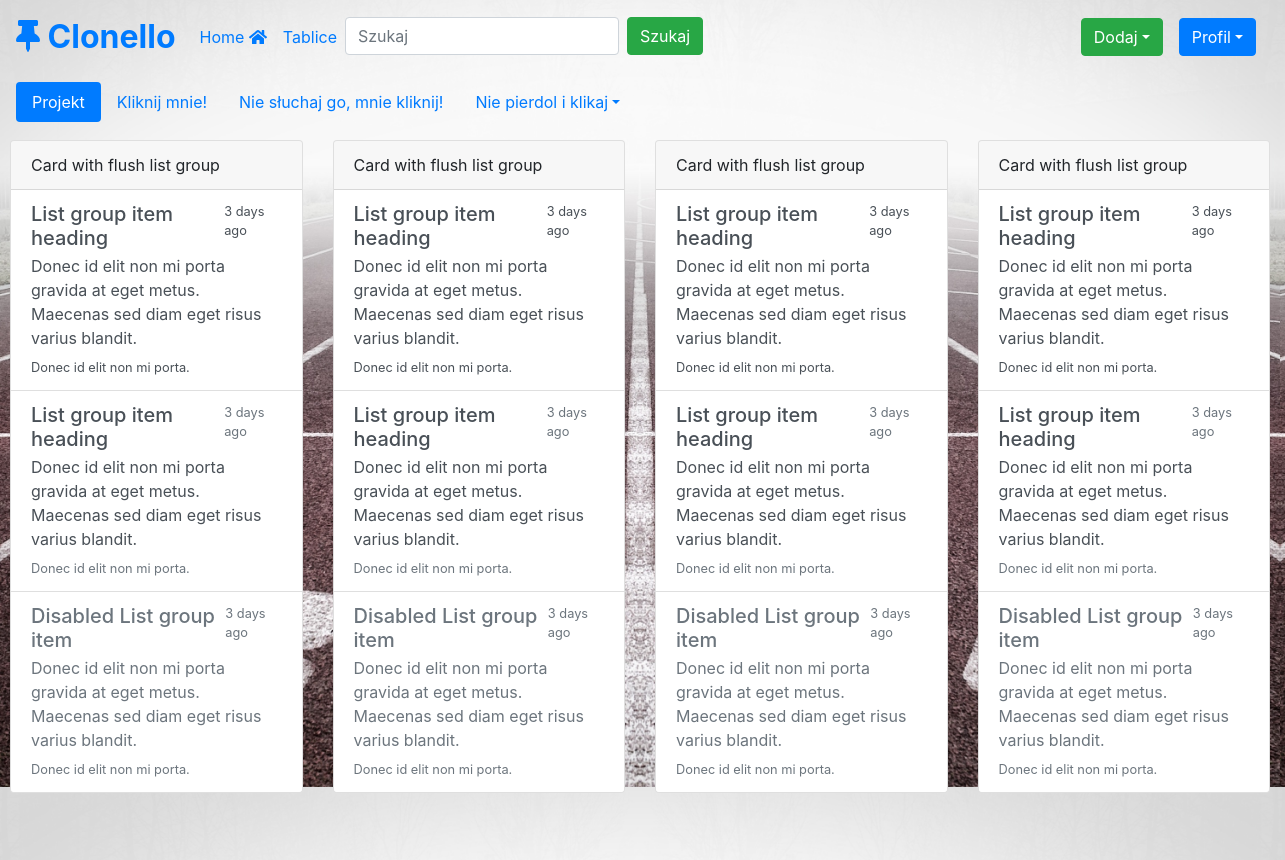
Repository: jnehlt/PAW-lab
Page: / (app in Frontend/clonello/)
An editor plug-in stored every save of this project. The page is shown before and after a run of saves, followed by the edit.
The browser window is 1280 px wide. The page is 1285 px wide, so the pictures cover 1285 px, including what lies to the right of the window. The pictures show the whole page.
The project was rebuilt for these pictures with package versions that can differ from the ones it lists, and the page was loaded fresh each time.

Above is the page before, as saved 2020-04-24 23:46:04.

### Frontend/clonello/src/main.js
import "@babel/polyfill";
import "mutationobserver-shim";
import Vue from "vue";
import "./plugins/bootstrap-vue";
import App from "./App.vue";
import router from "./router";
import "@fortawesome/fontawesome-free/css/all.css";
import "@fortawesome/fontawesome-free/js/all.js";

Vue.config.productionTip = false;

new Vue({
  router,
  render: h => h(App)
}).$mount("#app");

### Frontend/clonello/src/App.vue
<template>
  <div id="app">
    <topheader></topheader>
    <projectheader></projectheader>

    <div class="row">
        <maincard></maincard>
        <maincard></maincard>
        <maincard></maincard>
        <maincard></maincard>
        <maincard></maincard>
        <maincard></maincard>
        <maincard></maincard>
        <maincard></maincard>
    </div>
    <router-view />
  </div>
</template>

<script>
import TopHeader from "@/components/TopHeader.vue";
import ProjectHeader from "@/components/ProjectHeader.vue";
import MainCard from "@/components/MainCard.vue";

export default {
  components: {
    "topheader": TopHeader,
    "projectheader": ProjectHeader,
    "maincard": MainCard
  }
};
</script>

<style lang="scss">

body {
    background-image: url("../src/assets/running-track-sn-3000x2001.jpg");
    background-size: cover;
    background-position: center;
}

.dropdown-header {
    font-size: larger;
    font-weight: bolder;
}

html, body {
    height: 100%;
}

.list-head {
    font-weight: bolder;
    text-transform: uppercase;
}

.row {
  display: flex;
  flex-wrap: nowrap;
  overflow-x: auto;
  margin-left: -5px;
  margin-right: -5px;
  margin-top: 10px;
  height: 100vh;
}

::-webkit-scrollbar {
  height: 4px;              /* height of horizontal scrollbar ← You're missing this */
  width: 4px;               /* width of vertical scrollbar */
  border: 1px solid #d5d5d5;
  margin-left: -5px;
  margin-right: -5px;
}


</style>

### Frontend/clonello/src/components/TopHeader.vue
<template>
  <div>
    <nav class="navbar navbar-expand-lg">
      <a class="navbar-brand" href="#"><i class="fas fa-thumbtack"></i> Clonello</a>
      <button class="navbar-toggler navbar-dark" type="button" data-toggle="collapse" data-target="#navbarNav" aria-controls="navbarNav" aria-expanded="false" aria-label="Toggle navigation">
          <span class="navbar-toggler-icon"></span>
      </button>
      <div class="collapse navbar-collapse" id="navbarNav">
        <ul class="navbar-nav mr-auto">
          <li class="nav-item">
            <a class="nav-link" href="#">Home <i class="fas fa-home"></i></a>
          </li>
          <li class="nav-item">
            <a class="nav-link" href="#">Tablice</a>
          </li>
          <li class="nav-item">
            <form class="form-inline my-2 my-lg-0">
              <input class="form-control mr-sm-2" type="search" placeholder="Szukaj" aria-label="Search">
              <button class="btn btn-success my-2 my-sm-0" type="submit">Szukaj</button>
            </form>
          </li>
        </ul>
        <ul class="navbar-right navbar-nav">
          <li>
            <b-dropdown id="dropdown-right" right text="Dodaj" variant="success" class="m-2">
              <b-dropdown-item href="#">Coś</b-dropdown-item>
              <b-dropdown-item href="#">Coś innego</b-dropdown-item>
              <b-dropdown-item href="#">Dobra, spierdalaj!</b-dropdown-item>
            </b-dropdown>
            <b-dropdown id="dropdown-right" right text="Profil" variant="primary" class="m-2">
              <b-dropdown-item href="#">Ustawienia</b-dropdown-item>
              <b-dropdown-item href="#">Wyloguj</b-dropdown-item>
            </b-dropdown>
          </li>
        </ul>
      </div>
    </nav>
  </div>
  <!-- class="btn btn-success" type="button" data-toggle="collapse" data-target="#collapseAdd" aria-expanded="false" aria-controls="collapseAdd">Dodaj <i class="fas fa-plus"></i>
            </button> -->
</template>

<script>



export default {

};
</script>

<!-- Add "scoped" attribute to limit CSS to this component only -->
<style scoped lang="scss">
.navbar-brand {
    font-weight: bolder;
    font-size: 2em;
}

.navbar {
    background-color: transparent;
}

.navbar-toggler {
    background-color: #4e555b;
}

</style>

### Frontend/clonello/src/components/ProjectHeader.vue
<template>
  <div>
      <div class="navbar navbar-expand-lg">
      <ul class="nav nav-pills nav-fill">
        <li class="nav-item">
          <a class="nav-link active" href="#">Projekt</a>
        </li>
        <li class="nav-item">
          <a class="nav-link" href="#">Kliknij mnie!</a>
        </li>
        <li class="nav-item">
          <a class="nav-link" href="#">Nie słuchaj go, mnie kliknij!</a>
        </li>
        <li class="nav-item dropdown">
          <b-nav-item-dropdown text="Nie pierdol i klikaj" right>
            <b-dropdown-item href="#">Wkurwia</b-dropdown-item>
            <b-dropdown-item href="#">Mnie</b-dropdown-item>
            <b-dropdown-item href="#">Ta</b-dropdown-item>
            <b-dropdown-item href="#">Uczelnia</b-dropdown-item>
          </b-nav-item-dropdown>
        </li>
      </ul>
    </div>
  </div>
</template>

<script>
export default {

}
</script>

<style>
.navbar-brand {
    font-weight: bolder;
    font-size: 2em;
}

.navbar {
    background-color: transparent;
}

.navbar-toggler {
    background-color: #4e555b;
}

</style>

### Frontend/clonello/src/components/MainCard.vue
<template>
        <div class="col-3 col-md-3 col-sm-3">
            <b-card no-body header="Card with flush list group">
                <b-list-group flush="">
                    <b-list-group-item href="#" class="flex-column align-items-start">
                        <div class="d-flex w-100 justify-content-between">
                        <h5 class="mb-1">List group item heading</h5>
                        <small>3 days ago</small>
                        </div>

                        <p class="mb-1">
                        Donec id elit non mi porta gravida at eget metus. Maecenas sed diam eget risus varius blandit.
                        </p>

                        <small>Donec id elit non mi porta.</small>
                    </b-list-group-item>

                    <b-list-group-item href="#" class="flex-column align-items-start">
                        <div class="d-flex w-100 justify-content-between">
                        <h5 class="mb-1">List group item heading</h5>
                        <small class="text-muted">3 days ago</small>
                        </div>

                        <p class="mb-1">
                        Donec id elit non mi porta gravida at eget metus. Maecenas sed diam eget risus varius blandit.
                        </p>

                        <small class="text-muted">Donec id elit non mi porta.</small>
                    </b-list-group-item>

                    <b-list-group-item href="#" disabled class="flex-column align-items-start">
                        <div class="d-flex w-100 justify-content-between">
                        <h5 class="mb-1">Disabled List group item</h5>
                        <small class="text-muted">3 days ago</small>
                        </div>

                        <p class="mb-1">
                        Donec id elit non mi porta gravida at eget metus. Maecenas sed diam eget risus varius blandit.
                        </p>

                        <small class="text-muted">Donec id elit non mi porta.</small>
                    </b-list-group-item>
                </b-list-group>
            </b-card>
        </div>
</template>

<script>
export default {

}
</script>

<style>
#duties-card {
    background-color: lightgray;
}

</style>

### Frontend/clonello/src/views/Home.vue
<template>
  <div class="home"></div>
</template>

<script>
// @ is an alias to /src
export default {
  name: "Home",
  components: {}
};
</script>

Loaded but not shown: Frontend/clonello/public/index.html (common file); Frontend/clonello/src/plugins/bootstrap-vue.js (common file); Frontend/clonello/src/router/index.js (common file)

After the next 2 saves:
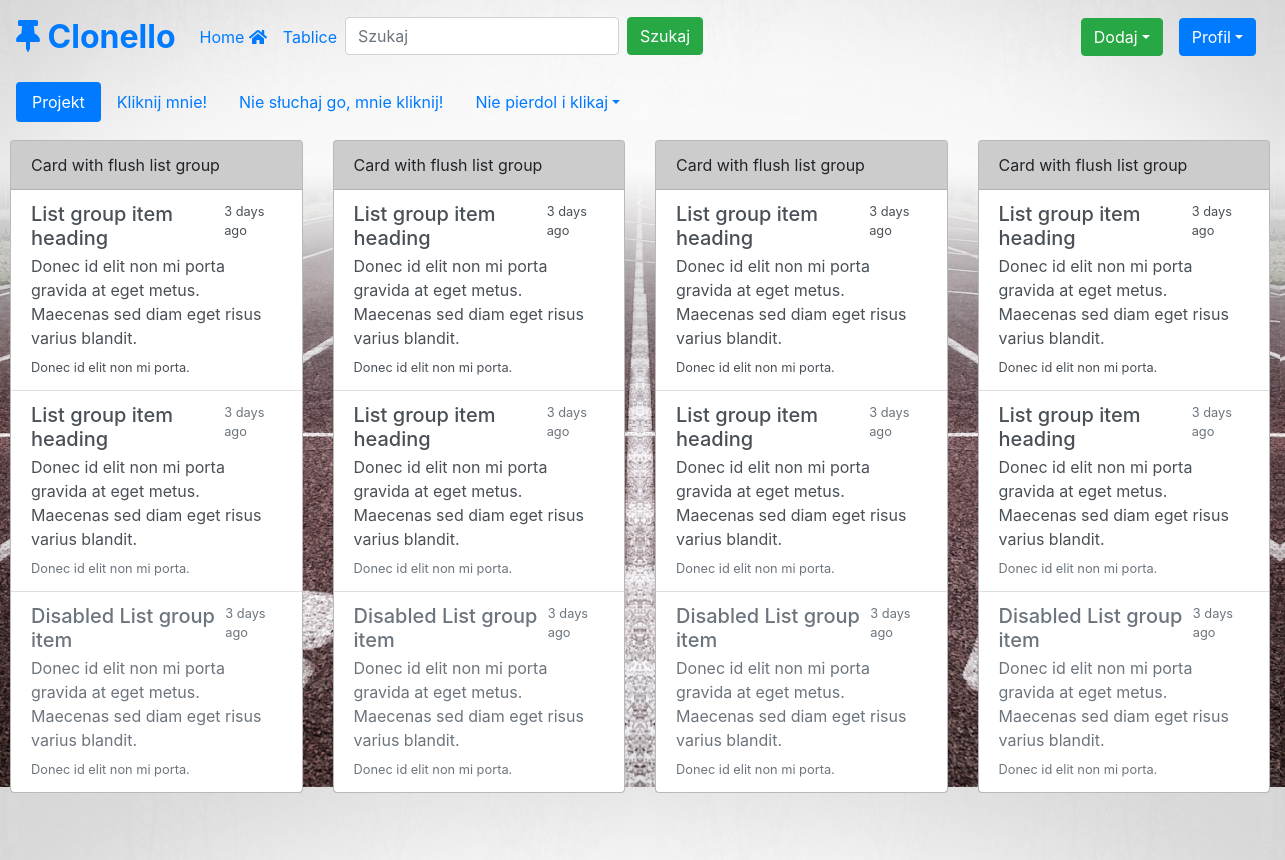
The 2 saves are shown as one change because they came seconds apart.
The last was saved 6 s later.
--- a/Frontend/clonello/src/components/MainCard.vue
+++ b/Frontend/clonello/src/components/MainCard.vue
@@ -1,6 +1,6 @@
 <template>
         <div class="col-3 col-md-3 col-sm-3">
-            <b-card no-body header="Card with flush list group">
+            <b-card id="duties-card" no-body header="Card with flush list group">
                 <b-list-group flush="">
                     <b-list-group-item href="#" class="flex-column align-items-start">
                         <div class="d-flex w-100 justify-content-between">
